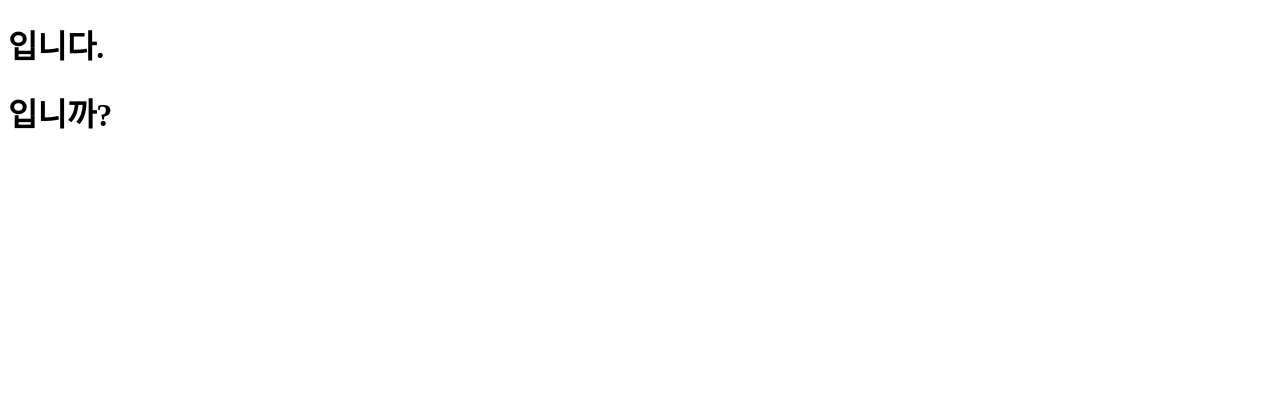
Repository: rnqhstjr12/Study_Html
Page: webTest1/src/main/webapp/NewFile.html
An editor plug-in stored every save of this project. The page is shown before and after the next save, followed by the edit.
The browser window is 1280 px wide. The pictures show the whole page.

Above is the page before, as saved 2023-09-18 08:35:07.

### webTest1/src/main/webapp/NewFile.html
<!DOCTYPE html>
<html lang="ko">
<head>
<meta charset="UTF-8">
<title>첫 번째 문서 연습</title>
</head>
<body>
	<h1>입니다.</h1>
	<h1>입니까?</h1>
</body>
</html>

After the next save:
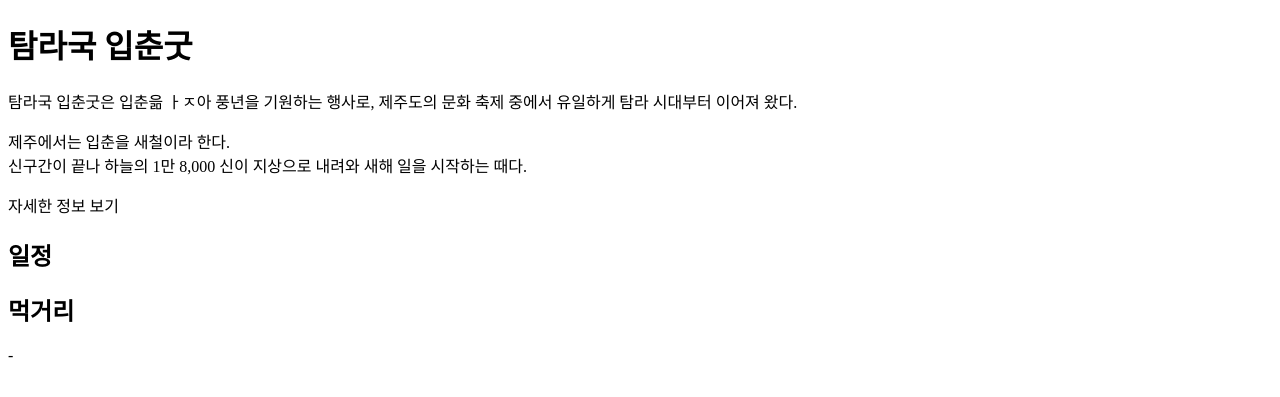
Saved 17 h 14 min later.
--- a/webTest1/src/main/webapp/NewFile.html
+++ b/webTest1/src/main/webapp/NewFile.html
@@ -1,11 +1,18 @@
 <!DOCTYPE html>
 <html lang="ko">
 <head>
-<meta charset="UTF-8">
-<title>첫 번째 문서 연습</title>
+	<meta charset="UTF-8">
+	<title>탐라국 입춘굿</title>
+	<link rel="stylesheet" herf="css/poster.css">
 </head>
 <body>
-	<h1>입니다.</h1>
-	<h1>입니까?</h1>
+	<div id="container">
+		<h1>탐라국 입춘굿</h1>
+		<p>탐라국 입춘굿은 입춘읆 ㅏㅈ아 풍년을 기원하는 행사로, 제주도의 문화 축제 중에서 유일하게 탐라 시대부터 이어져 왔다.</p>
+		<p>제주에서는 입춘을 새철이라 한다. <br>신구간이 끝나 하늘의 1만 8,000 신이 지상으로 내려와 새해 일을 시작하는 때다.</p>
+		<p>자세한 정보 보기</p>
+		<h2>일정</h2>
+		<h2>먹거리</h2>
+	</div>
 </body>
-</html>
+</html>-
